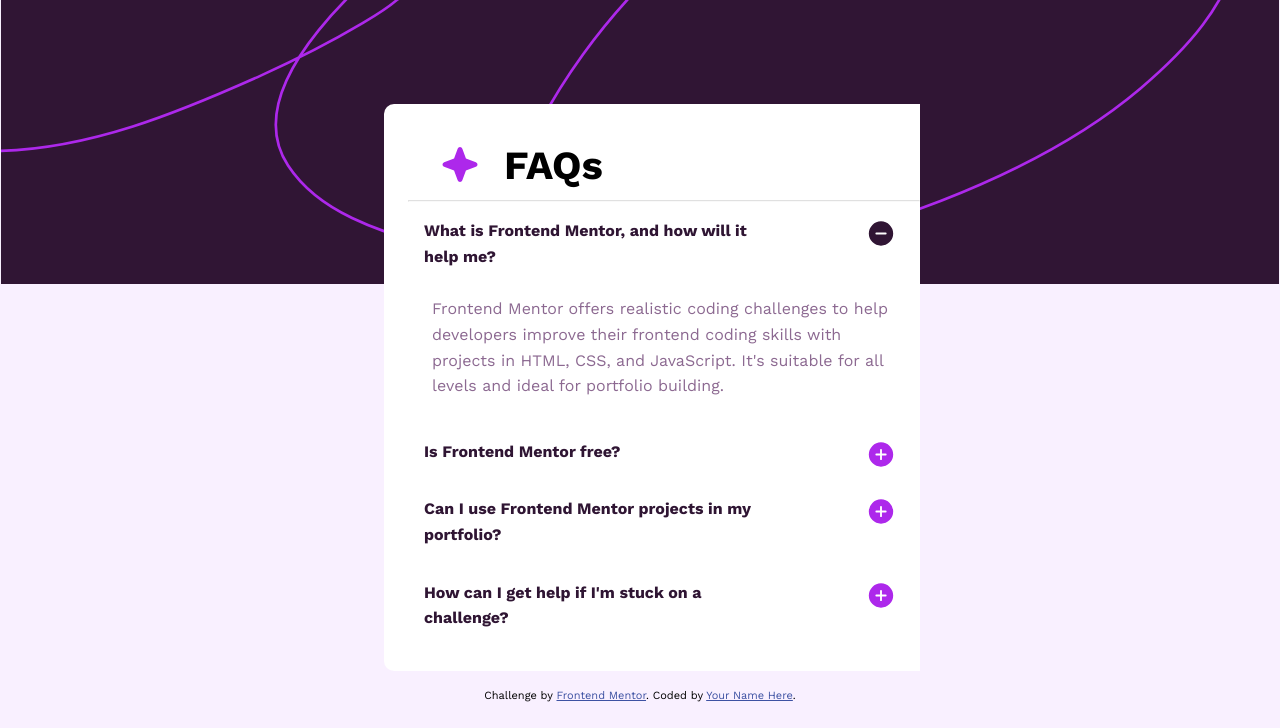
Repository: imokha01/accordion-main
Page: index.html
These files come from the project's save history. The page is drawn as it stood at one moment and after the next save; the edit follows.
The browser window is 1280 px wide. The pictures show the whole page.
After loading, the first visible `div.title` was clicked once.

Above is the page before, as saved 2023-12-26 11:06:14.

### index.html
<!DOCTYPE html>
<html lang="en">
  <head>
    <meta charset="UTF-8" />
    <meta name="viewport" content="width=device-width, initial-scale=1.0" />
    <!-- displays site properly based on user's device -->
    <link rel="stylesheet" href="./index.css">
    <link
      rel="stylesheet"
      href="https://cdnjs.cloudflare.com/ajax/libs/font-awesome/6.5.1/css/all.min.css"
      integrity="sha512-DTOQO9RWCH3ppGqcWaEA1BIZOC6xxalwEsw9c2QQeAIftl+Vegovlnee1c9QX4TctnWMn13TZye+giMm8e2LwA=="
      crossorigin="anonymous"
      referrerpolicy="no-referrer"
    />
    <link
      rel="icon"
      type="image/png"
      sizes="32x32"
      href="./assets/images/favicon-32x32.png"
    />
    <link rel="preconnect" href="https://fonts.googleapis.com" />
    <link rel="preconnect" href="https://fonts.gstatic.com" crossorigin />
    <link
      href="https://fonts.googleapis.com/css2?family=Work+Sans:wght@400;600;700&display=swap"
      rel="stylesheet"
    />
    <title>Frontend Mentor | FAQ accordion</title>
    <!-- Feel free to remove these styles or customise in your own stylesheet 👍 -->
    <style>
      .attribution {
        font-size: 11px;
        text-align: center;
        margin-top: 1rem;
      }
      .attribution a {
        color: hsl(228, 45%, 44%);
      }
    </style>
  </head>
  <body>
    <div class="container">
      <div class="wrapper">
        <!-- first div content -->
        <main>
          <div id="header">
            <img src="./assets/images/icon-star.svg" alt="star-icon">
            <p id="headerpara">FAQs</p>
          </div>
          <hr>
          <div class="Div" id="div1">
            <div class="title">
              <p class="question">What is Frontend Mentor, and how will it help me?</p>
            </div>
            <div class="para">
              <p id="para1">
                Frontend Mentor offers realistic coding challenges to help developers
                improve their frontend coding skills with projects in HTML, CSS, and
                JavaScript. It's suitable for all levels and ideal for portfolio
                building.
              </p>
            </div>
          </div>
          <!-- second div content -->
          <div class="Div" id="div2">
            <div class="title">
              <p class="question">Is Frontend Mentor free?</p>
            </div>
            <div class="para">
              <p id="para2">
                Yes, Frontend Mentor offers both free and premium coding challenges,
                with the free option providing access to a range of projects suitable
                for all skill levels.
              </p>
            </div>
          </div>
          <!-- third div content -->
          <div class="Div" id="div3">
            <div class="title">
              <p class="question">Can I use Frontend Mentor projects in my portfolio?</p>
            </div>
            <div class="para">
              <p id="para3">
                Yes, you can use projects completed on Frontend Mentor in your
                portfolio. It's an excellent way to showcase your skills to potential
                employers!
              </p>
            </div>
          </div>
          <!-- fourth div content -->
          <div class="Div" id="div4">
            <div class="title">
              <p class="question">How can I get help if I'm stuck on a challenge?</p>
            </div>
            <div class="para">
              <p id="para4">
                The best place to get help is inside Frontend Mentor's Discord
                community. There's a help channel where you can ask questions and seek
                support from other community members.
              </p>
            </div>
          </div>
        </main>
        <!-- footer div -->
        <div class="attribution">
          Challenge by
          <a href="https://www.frontendmentor.io?ref=challenge" target="_blank"
            >Frontend Mentor</a
          >. Coded by <a href="#">Your Name Here</a>.
        </div>
      </div>
    </div>
    <script src="./index.js"></script>
  </body>
</html>

### index.css
:root {
    --White: hsl(0, 0%, 100%);
    --lightPink: hsl(275, 100%, 97%);
    --grayishPurple: hsl(292, 16%, 49%);
    --darkPurple:  hsl(292, 42%, 14%);
    --workSans: 'Work Sans', sans-serif;
}

* {
    margin: 0;
    padding:0;
    box-sizing: border-box;
}

body {
    font-size: 16px;
    font-family: var(--workSans);
    background-color: var(--lightPink);
    position: relative;
    line-height: 1.6;
}

.container  {
    background-image: url("./assets/images/background-pattern-desktop.svg");
    background-repeat: no-repeat;
    background-size: contain;
    display: flex;
    flex-direction: column;
    justify-content: center;
    align-items: center;
    overflow: hidden;
}

hr {
    background-color: var(--lightPink);
    margin-top: .7rem;
    opacity: 0.3;
}

.wrapper {
    width: 35rem;
    padding: 1.5rem;
    left: 30rem;
    border-radius: 10px;
    transition: height 0.5s ease-in 1ms;
    overflow: hidden;
}

main  {
    background-color: #fff;
    border-radius: 10px;
    padding: inherit;
    width: inherit;
    overflow: hidden;
    margin-top: 5rem;
    transition: height 0.5s ease-in 1ms;
    overflow: hidden;
}

#headerpara {
    font-size: 2.5rem;
    font-weight: 700;
    margin : -.6rem 1.5rem;

}

#header > img{
    padding-left: 2rem;
}

div#header {
    display: flex;
    flex-direction: row;
    justify-content: flex-start;
    align-items: flex-start;
    width: 10rem;
    margin-top: 1rem;
}

.Div {
    display: flex;
    flex-direction: column;
    justify-content: flex-start ;
    padding: 1rem;
    height: fit-content;
    transition: height 0.5s ease-in;

}

.title {
    display: flex;;
    justify-content: space-between;
}

.Div div  img {
    cursor: pointer;
}

.title p {
    font-weight: 700;
    color: var(--darkPurple);
    cursor: pointer;
    width: 21.875rem;
}

.para {
    color: var(--grayishPurple);
    margin-top: 1.2rem;
    transition: height 0.5s ease-in 1s;
    overflow: hidden;
    display: none;
    padding: .5rem;
}

.title{
    position: relative;
    width: 90%;

}
.title::after{
    content:  url(./assets/images/icon-plus.svg);
    position: absolute;
    right: -40px;
}

.active::after{
    content: url(./assets/images/icon-minus.svg);
    right: -40px;

}

.active, .question:hover {
    content: "";
}

@media (max-width: 768px){
    .wrapper {
        width: 26rem;
    }

    /* .title  p{
        width: 14rem;
    } */

    .title {
        border: 2px solid red;
        width: 14rem;
    }

    .title::after,
    .active::after {
        right: -90px
    }
}

### index.js
// const answer = document.getElementsByClassName("para");
const question = document.getElementsByClassName("title");

for (let i = 0; i < question.length; i++ ) {
    question[i].addEventListener("click", function(){
        this.classList.toggle("active");
        let active = this.addEventListener.nextElementSibling;
        let para = this.nextElementSibling;
        if(para.style.display === "block"){
            para.style.display = "none";
        } else {
            para.style.display = "block";
        }
    });
}





// var acc = document.getElementsByClassName("accordion");
// var i;

// for (i = 0; i < acc.length; i++) {
//   acc[i].addEventListener("click", function() {
//     /* Toggle between adding and removing the "active" class,
//     to highlight the button that controls the panel */
//     this.classList.toggle("active");

//     /* Toggle between hiding and showing the active panel */
//     var panel = this.nextElementSibling;
//     if (panel.style.display === "block") {
//       panel.style.display = "none";
//     } else {
//       panel.style.display = "block";
//     }
//   });
// }

After the next save:
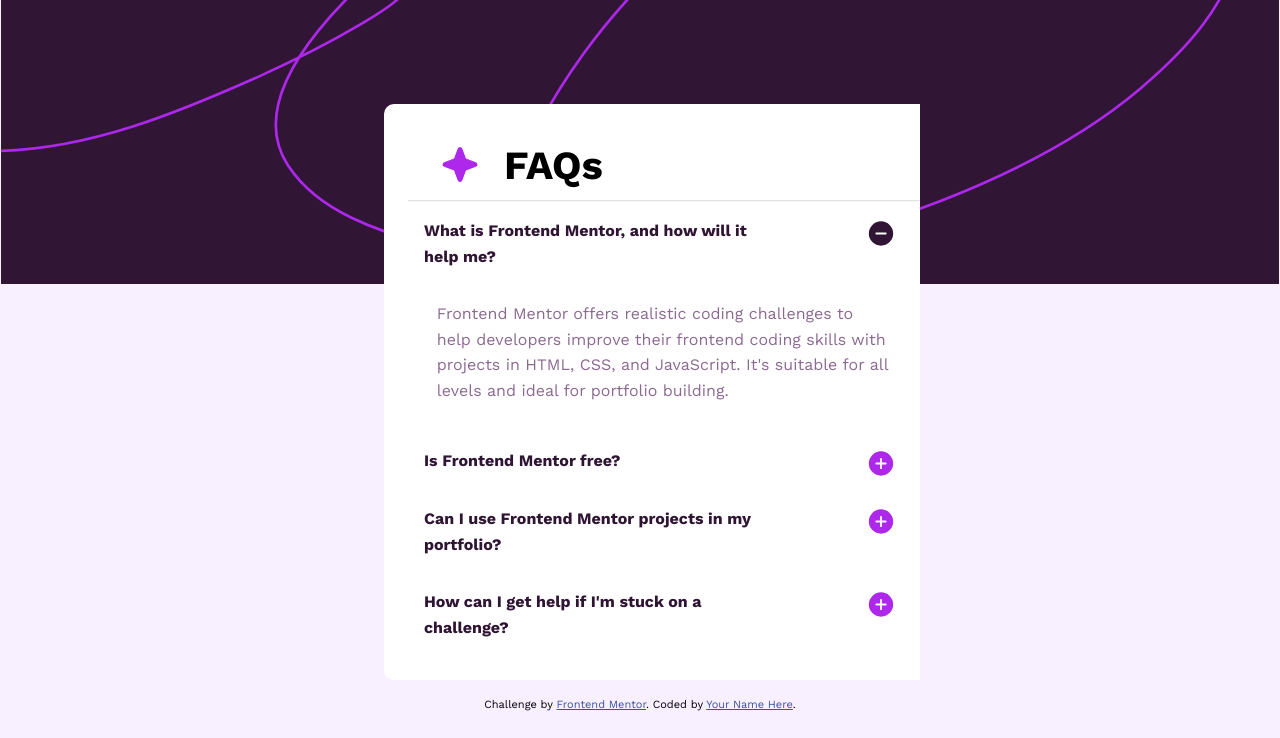
Saved 5 s later.
--- a/index.css
+++ b/index.css
@@ -109,7 +109,7 @@
     transition: height 0.5s ease-in 1s;
     overflow: hidden;
     display: none;
-    padding: .5rem;
+    padding: .8rem;
 }
 
 .title{

After the 4 saves that followed:
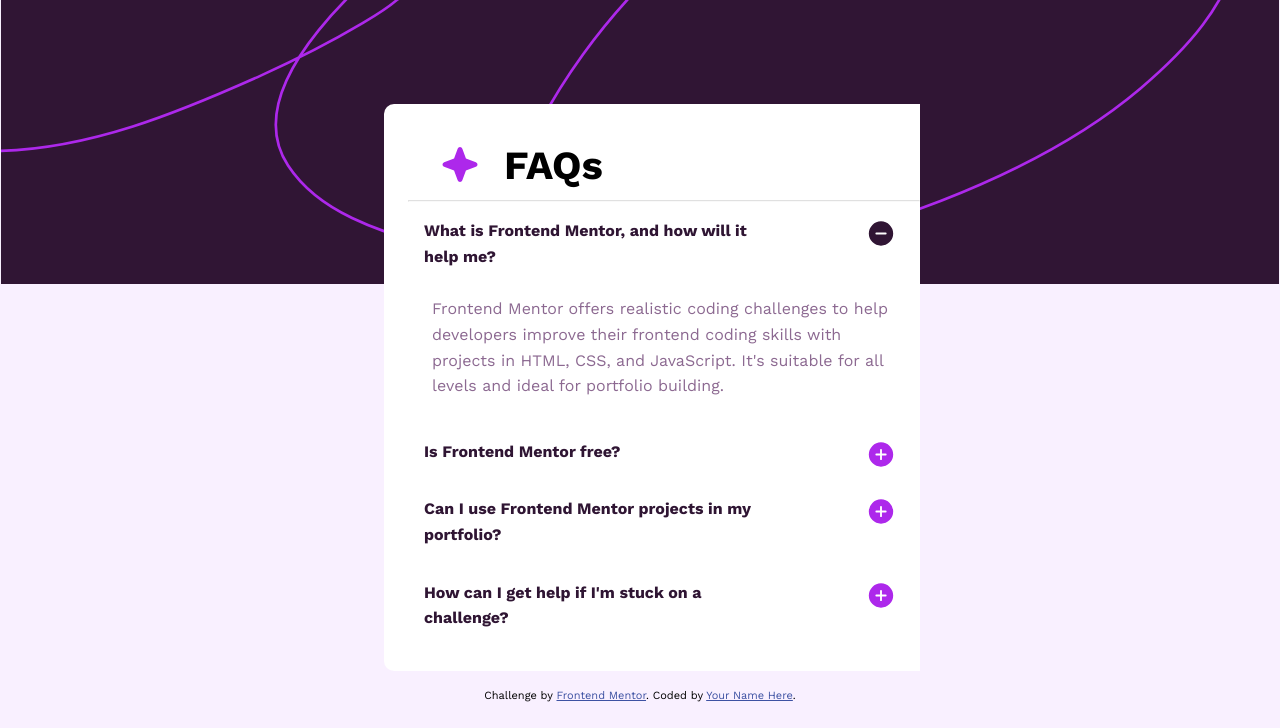
The 4 saves are shown as one change because they came seconds apart.
The last was saved 86 s later.
--- a/index.css
+++ b/index.css
@@ -109,7 +109,7 @@
     transition: height 0.5s ease-in 1s;
     overflow: hidden;
     display: none;
-    padding: .8rem;
+    padding: .5rem;
 }
 
 .title{
